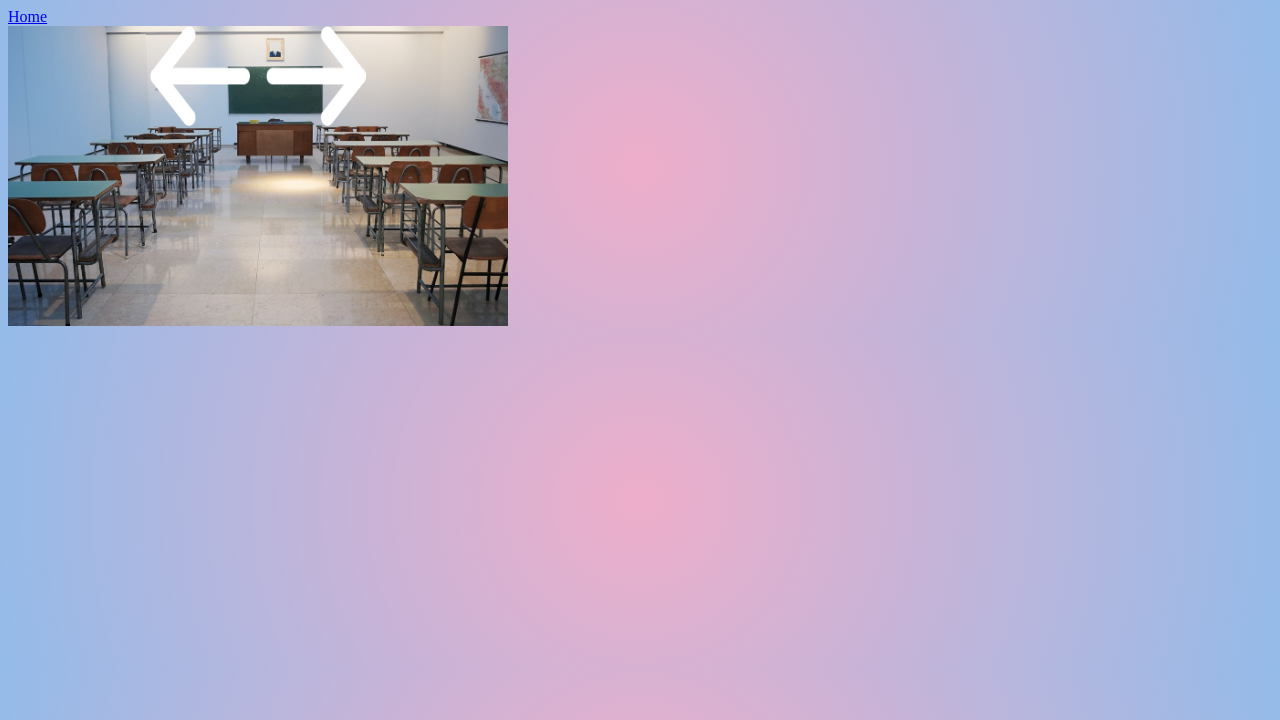
Repository: juliet-jskim/week-8-useEffect-carousel
Page: /carouselPage
These files come from the project's save history. The page is drawn as it stood at one moment and after the next save; the edit follows.
The browser window is 1280 px wide. The pictures show the whole page.
The project was rebuilt for these pictures with package versions that can differ from the ones it lists, and the page was loaded fresh each time. The framework's server and built-in components were replaced by stand-ins that run in the browser. Also part of the build but not shown: next.config.js, styles/CarouselPage.module.css.

Above is the page before, as saved 2023-02-20 23:33:14.

After the next save:
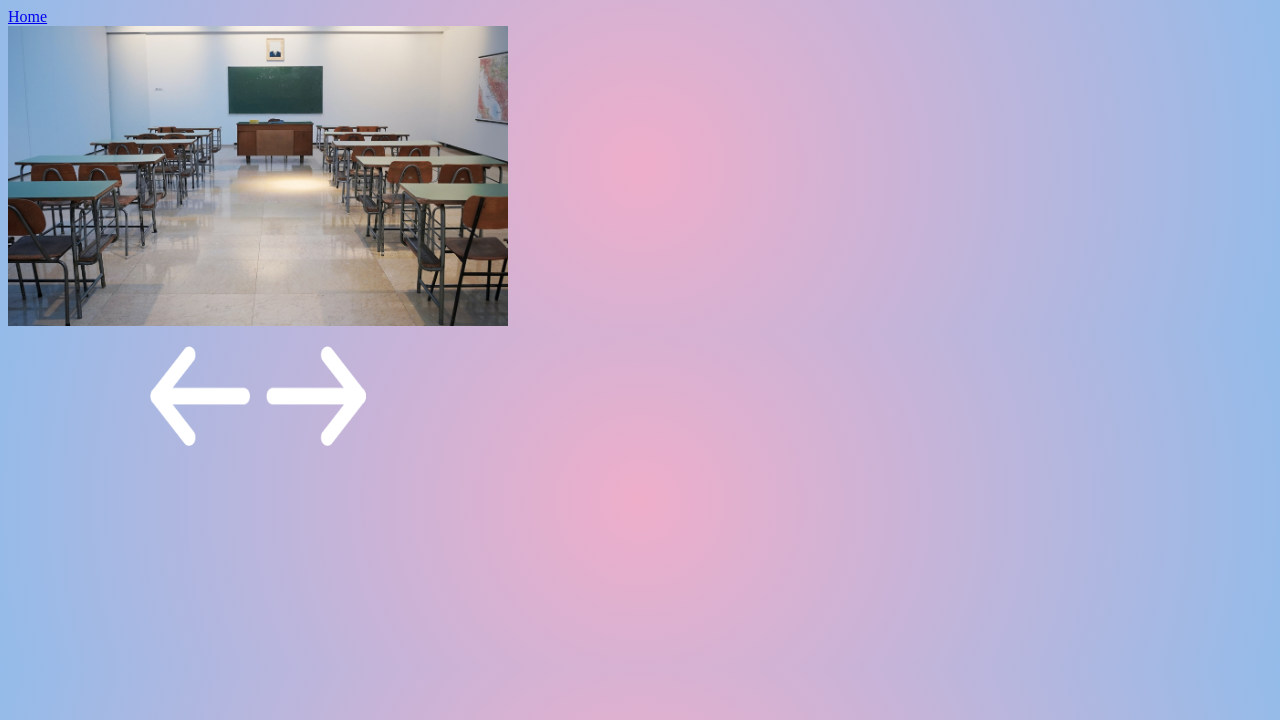
Saved 24 s later.
--- a/components/carousel/Carousel.module.css
+++ b/components/carousel/Carousel.module.css
@@ -3,4 +3,5 @@
     flex-direction: row;
     justify-content: center;
     gap: 1rem;
+    padding-top: 20rem;
 }
